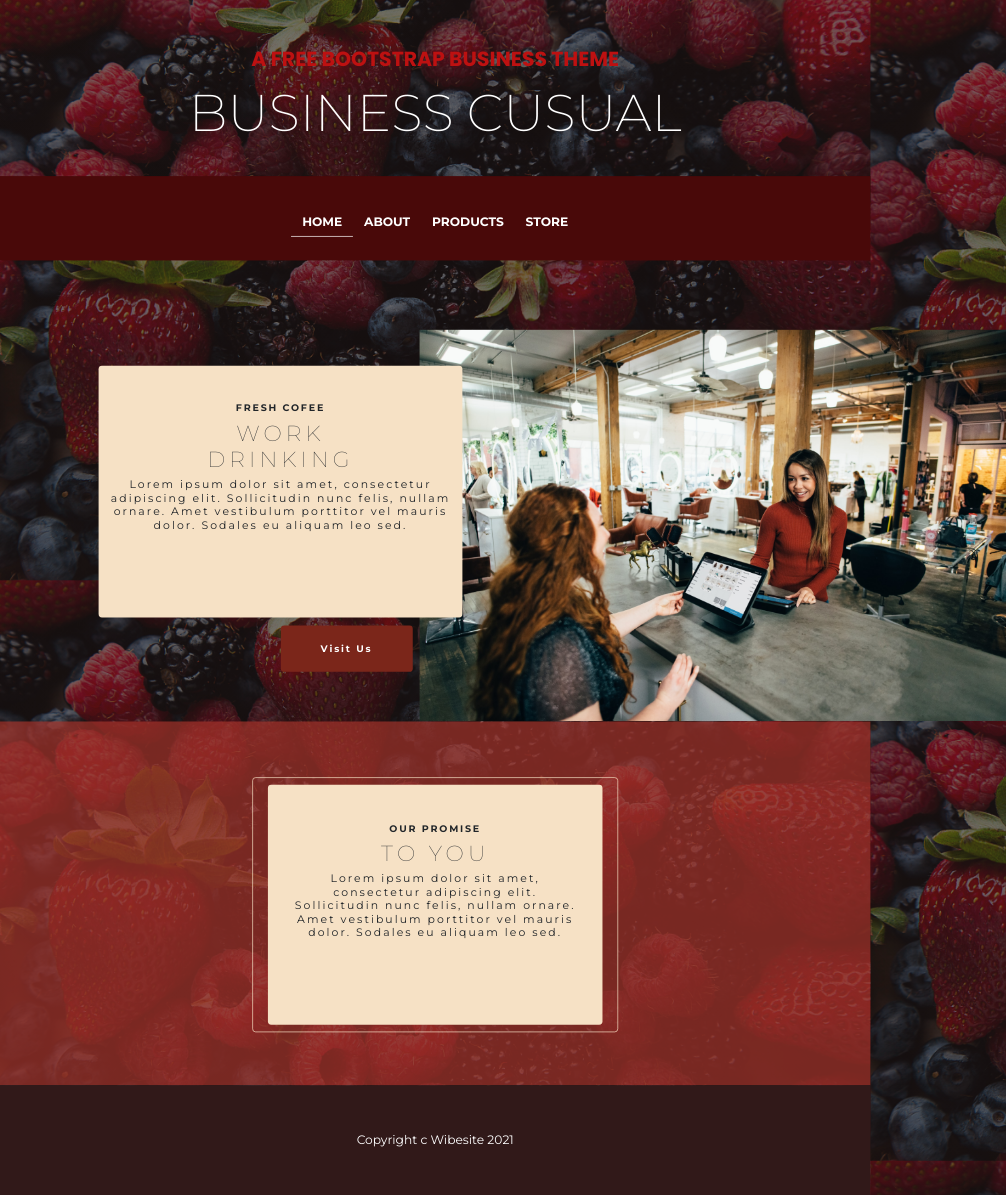
Repository: wadelfadill/tache_7_Business_bootstrap_theme
Page: index.html
The author's editor kept a copy of each file at every save. The page is drawn from the files as they stood at one save, then again after the next save.
The browser window is 1280 px wide. The page is 1480 px wide, then 1280 px, so the pictures cover 1480 px, including what lies to the right of the window. The pictures show the whole page, at 68% of full size.
Backgrounds fixed to the window are drawn as part of the page.

Above is the page before, as saved 2023-04-28 23:26:42.

### index.html
<!DOCTYPE html>
<html lang="en">
<head>
    <meta charset="UTF-8">
    <meta http-equiv="X-UA-Compatible" content="IE=edge">
    <meta name="viewport" content="width=device-width, initial-scale=1.0">
    <!------ title of website ------>
    <title>Business website</title>
    <!------ Bootstrap cdn link ------>
    <link href="https://cdn.jsdelivr.net/npm/bootstrap@5.1.3/dist/css/bootstrap.min.css" rel="stylesheet" integrity="sha384-1BmE4kWBq78iYhFldvKuhfTAU6auU8tT94WrHftjDbrCEXSU1oBoqyl2QvZ6jIW3" crossorigin="anonymous">
    <!------- css link -------------->
    <link rel="stylesheet" href="css/style.css">
    <link rel="stylesheet" href="css/index_style.css">
    <!---------Google Fonts links ---------->
    <link rel="preconnect" href="https://fonts.googleapis.com">
    <link rel="preconnect" href="https://fonts.gstatic.com" crossorigin>
    <link href="https://fonts.googleapis.com/css2?family=Montserrat:wght@100;200;400;700&family=Poppins:wght@700&display=swap" rel="stylesheet">

</head>
<body>
    <!-- ========== Start Header Section ========== -->
    <header id="header">
        <h2 class="first_title text-center">A FREE BOOTSTRAP BUSINESS THEME</h2>
        <h1 class="second_title text-center">BUSINESS CUSUAL</h1>
        <!-- ========== Start navbar  Section ========== -->
        <nav class="my-auto mt-5">
            <div class="container my-auto">
                <ul class="nav justify-content-center">
                    <li class="nav-item">
                      <a class="nav-link active" aria-current="page" href="index.html">HOME</a>
                    </li>
                    <li class="nav-item">
                      <a class="nav-link" href="about.html">ABOUT</a>
                    </li>
                    <li class="nav-item">
                      <a class="nav-link" href="product.html">PRODUCTS</a>
                    </li>
                    <li class="nav-item">
                      <a class="nav-link" href="store.html">STORE</a>
                    </li>
                </ul>
            </div>
        </nav>
        <!-- ========== End navbar  Section ========== -->
    </header>
    <!-- ========== End Header Section ========== -->
    <!-- ========== Start Main Section ========== -->
    <main>
      <!-- ========== Start first Section ========== -->
      <section id="first_section">
        <div class="container">
          <div class="row align-items-center justify-content-start d-flex flex-md-row flex-column">
            <div class="col-12 col-md-4 div-1 text-center position-relative">
              <h3>FRESH COFEE</h3>
              <h4>WORK <br> DRINKING</h4>
              <p>Lorem ipsum dolor sit amet, consectetur adipiscing elit.
                Sollicitudin nunc felis, nullam ornare.
                Amet vestibulum porttitor vel mauris dolor.
                Sodales eu aliquam leo sed.
              </p>
              <button class="text-center position-absolute m-auto">Visit Us</button>
            </div>
            <div class="col-12 col-md-6">
              <img src="images/home-img1.png" alt="" class="img-fluid">
            </div>
            <!-- <div class="col-12 col-md-6 div-2">
            </div> -->
          </div>
        </div>
      </section>
      <!-- ========== End first Section ========== -->
      <!-- ========== Start second Section ========== -->
      <section id="second_section">
        <div class="container">
          <div class="row text-center justify-content-center">
            <div class="col-12 text-center border_box">
              <div class="box text-center ps-md-5 pe-md-5">
                <h2 class="text-center">OUR PROMISE</h2>
                <h3 class="text-center">TO YOU</h3>
                <p>Lorem ipsum dolor sit amet, <br> consectetur adipiscing elit. <br>
                  Sollicitudin nunc felis, nullam ornare. <br>
                  Amet vestibulum porttitor vel mauris <br> dolor.
                  Sodales eu aliquam leo sed.
                </p>
              </div>
            </div>
          </div>
        </div>
      </section>
      <!-- ========== End second Section ========== -->
    </main>
    <!-- ========== End Main Section ========== -->
    <footer id="footer">
        <p class="text-center">Copyright c Wibesite 2021</p>
    </footer>



    <!------ Bootstrap script -------->
    <script src="https://cdn.jsdelivr.net/npm/bootstrap@5.1.3/dist/js/bootstrap.bundle.min.js" integrity="sha384-ka7Sk0Gln4gmtz2MlQnikT1wXgYsOg+OMhuP+IlRH9sENBO0LRn5q+8nbTov4+1p" crossorigin="anonymous"></script>
</body>
</html>

### css/style.css
/* ===== General ====== */

:root{
    --red-color: #BD1111;
    --bg-red:#490909;
    --white-color: #FFFFFF;
    --black-color: #000000;
    --bg-beize:#F6E1C5;
    --bg-red-black: #311919;
    --bg-red-opac:rgba(165, 52, 43, 0.69);
    --red-border: #CD5449;
}
*{
    margin: 0;
    padding: 0;
}
body{
    padding: 0;
    margin: 0;
    background-image: linear-gradient(rgba(34, 24, 24, 0.6), rgba(34, 24, 24, 0.6)), url("../images/1.jpeg");
    background-position: center;
    background-size: cover;
    background-repeat: no-repeat;
    background-attachment: fixed;
}
/* ===== squelette ====== */
/* ===== header section ====== */
/* ===== header titles ======= */
#header .first_title{
    font-family: 'Poppins';
    font-style: normal;
    font-weight: 700;
    font-size: 30px;
    line-height: 45px;
    color: var(--red-color);
    margin-top: 65px;
}
#header .second_title{
    font-family: 'Montserrat';
    font-style: normal;
    font-weight: 200;
    font-size: 76px;
    line-height: 93px;
    color: var(--white-color);
}
/* ====== header navbar ======*/
#header nav{
    background: var(--bg-red);
    height: 124px;
}
#header nav ul li{
    margin-top: 48px;
}
#header nav a{
    font-family: 'Montserrat';
    font-style: normal;
    font-weight: 700;
    font-size: 18px;
    line-height: 22px;
    color: var(--white-color);
}
#header nav a.active{
    padding-bottom: 10px;
    border-bottom: 1px solid white;
}
/* ==== Main section ==========*/
/* main{
    height: 1000px;
} */
/* ====== footer section ====== */
#footer{
    height: 162px;
    background: var(--bg-red-black);
    padding-top: 70px;
}
#footer p{
    font-family: 'Montserrat';
    font-style: normal;
    font-weight: 400;
    font-size: 18px;
    line-height: 22px;
    color: var(--white-color);
}


/* ===== responsive css ======*/
@media screen and (max-width:550px) {
    #header .second_title{
        font-size: 30px;
    }
    #header nav{
        height: max-content;
        padding-bottom: 40px;
    }
}

### css/index_style.css
/* ===== General ====== */

:root{
    --red-color: #BD1111;
    --bg-red:#490909;
    --white-color: #FFFFFF;
    --black-color: #000000;
    --bg-beize:#F6E1C5;
    --bg-red-black: #311919;
    --bg-red-opac:rgba(165, 52, 43, 0.69);
    --red-border: #CD5449;
}

/* ==== first section ====== */
#first_section{
    margin-top: 102px;
}
#first_section .div-1{
    min-height:370px !important;
    background: var(--bg-beize);
    border-radius: 5px;
    width: 535px;
    position: relative;
    left: 75px;
    top: -50px;
}
#first_section .div-1 h3{
    font-family: 'Montserrat';
    font-style: normal;
    font-weight: 700;
    font-size: 14px;
    line-height: 17px;
    text-align: center;
    letter-spacing: 0.19em;
    padding-top: 54px;
}
#first_section .div-1 h4{
    font-family: 'Montserrat';
    font-style: normal;
    font-weight: 100;
    font-size: 32px;
    line-height: 39px;
    text-align: center;
    letter-spacing: 0.19em;
}
#first_section .div-1 p{
    font-family: 'Montserrat';
    font-style: normal;
    font-weight: 400;
    font-size: 16px;
    line-height: 20px;
    text-align: center;
    letter-spacing: 0.19em;
}
#first_section .div-1 button{
    width: 194px;
    height: 68px;
    background: #7B261A;
    border: none;
    font-family: 'Montserrat';
    font-style: normal;
    font-weight: 700;
    font-size: 14px;
    line-height: 17px;
    text-align: center;
    letter-spacing: 0.19em;
    border-radius: 5px;
    color: var(--white-color);
    position: relative;
    bottom: -80px;
}
/* #first_section .div-2{
    background: url("../images/home-img1.png");
    height: 576.04px;
    max-width: 864px;
    background-position: center;
    background-size: cover;
    margin-bottom: 101px;
    min-width: 535px;
} */
#first_section img{
    max-width: 864px;
    height: 576.04px;
}
/* ===== second section ====== */
#second_section{
    width: 100%;
    background: rgba(165, 52, 43, 0.69);
    height: 535px;

}
#second_section .box{
    height: 353.38px;
    max-width: 873px;
    border-radius: 5px;
    background: var(--bg-beize);
    margin: 10px;
    padding-left: 40px !important;
    padding-right: 40px !important;
}
#second_section .border_box{
    border: 1px solid var(--bg-beize);
    border-radius: 5px;
    margin-top: 82px !important;
    margin-bottom: 102px;
    max-width: max-content;
    margin: auto;
}
#second_section .box h2{
    font-family: 'Montserrat';
    font-style: normal;
    font-weight: 700;
    font-size: 14px;
    line-height: 17px;
    text-align: center;
    letter-spacing: 0.19em;
    padding-top: 56px;
}
#second_section .box h3{
    font-family: 'Montserrat';
    font-style: normal;
    font-weight: 100;
    font-size: 32px;
    line-height: 39px;
    text-align: center;
    letter-spacing: 0.19em;
}
#second_section .box p{
    font-family: 'Montserrat';
    font-style: normal;
    font-weight: 400;
    font-size: 16px;
    line-height: 20px;
    text-align: center;
    letter-spacing: 0.19em;
}

/* ===== responsive css ============*/
@media screen and (max-width:768px) {
    #first_section .div-1{
        position: static;
        left: 0;
        margin-bottom: 30px;
    }
}
@media screen and (max-width:550px) {
    #first_section .div-1{
        width: max-content;
    }
    #first_section .div-2{
        min-width: 300px;
    }
    #first_section .div-1 button{
        bottom: -20px;
    }
    #second_section .box{
        height: max-content;
    }
}

After the next save:
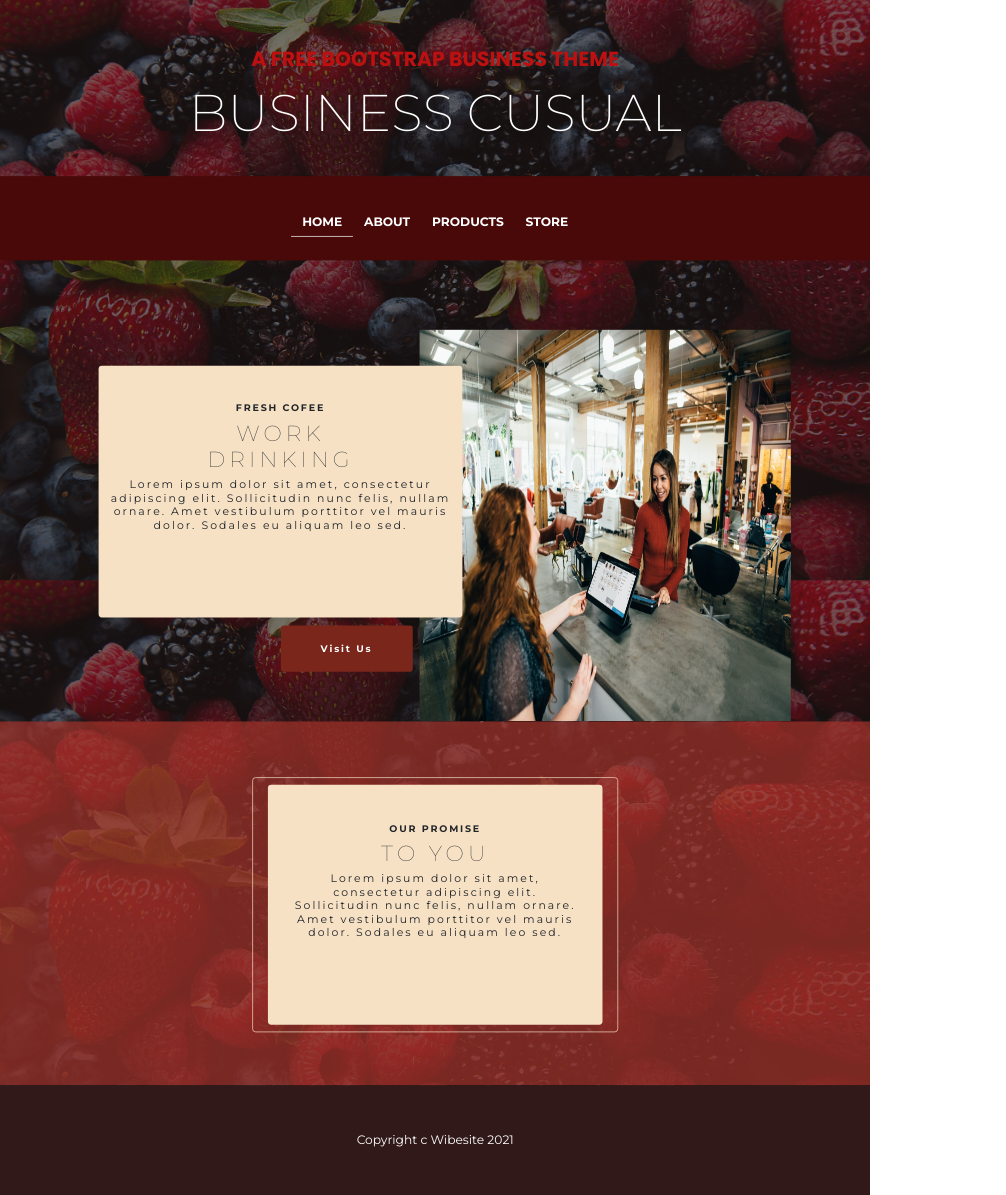
Saved 14 s later.
--- a/index.html
+++ b/index.html
@@ -61,7 +61,7 @@
               <button class="text-center position-absolute m-auto">Visit Us</button>
             </div>
             <div class="col-12 col-md-6">
-              <img src="images/home-img1.png" alt="" class="img-fluid">
+              <img src="images/home-img1.png" alt="" class="img-fluid w-100">
             </div>
             <!-- <div class="col-12 col-md-6 div-2">
             </div> -->
